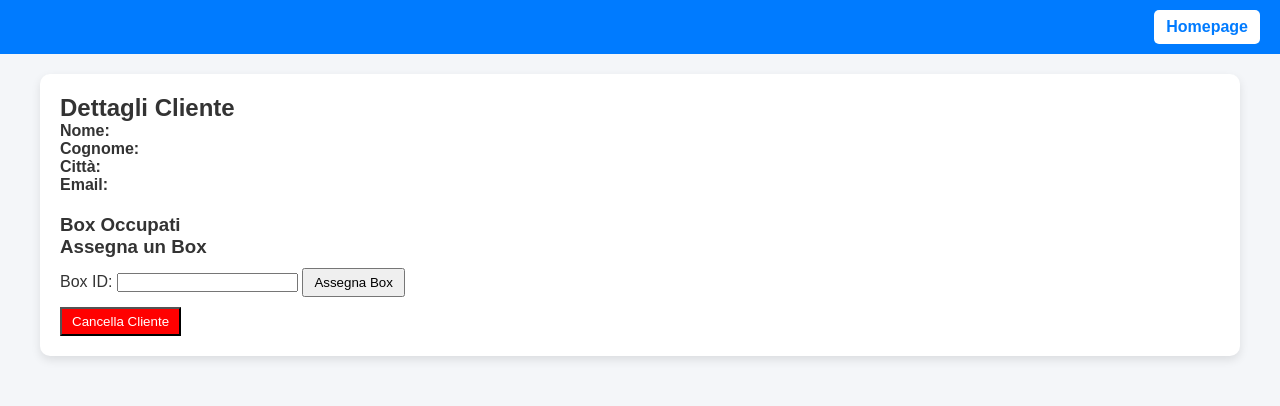
Repository: LorenzoColombo3/BoxMenager
Page: http://localhost/customerdetailpage
An editor plug-in stored every save of this project. The page is shown before and after the next save, followed by the edit.
The browser window is 1280 px wide. The pictures show the whole page.
The page is this project's Thymeleaf template; nobody is signed in. The template is opened directly, without the code that normally fills it, so the values that code supplies are empty.

Above is the page before, as saved 2025-02-11 17:22:13.

### box_manager/src/main/resources/templates/customerdetailpage.html
<!DOCTYPE html>
<html lang="it">
<head>
    <meta charset="UTF-8">
    <meta name="viewport" content="width=device-width, initial-scale=1.0">
    <title>Gestione Clienti</title>
    <link rel="stylesheet" href="../css/customerdetail.css">

</head>
<body>
    <div class="top-bar">
        <span class="company-name" th:text="${aziendaNome}">Nome Azienda</span>
        <a href="/homepage" class="homepage-btn">Homepage</a>
    </div>

    <div class="main-container">
		<h2>Dettagli Cliente</h2>

        <!-- Dettagli cliente -->
        <div class="customer-info">
            <p><strong>Nome:</strong> <span th:text="${cliente.nome}"></span></p>
            <p><strong>Cognome:</strong> <span th:text="${cliente.cognome}"></span></p>
            <p><strong>Città:</strong> <span th:text="${cliente.citta}"></span></p>
            <p><strong>Email:</strong> <span th:text="${cliente.email}"></span></p>
        </div>

        <h3>Box Occupati</h3>
        <!-- Lista dei box occupati -->
        <div class="boxes-list">
            <div class="box-card" th:each="box : ${boxOccupati}">
                <p><strong>Box ID:</strong> <span th:text="${box.id}"></span></p>
                <button th:attr="data-id=${box.id}" onclick="removeBox(this)">Rimuovi Box</button>
            </div>
        </div>

        <h3>Assegna un Box</h3>
        <form action="/customer/{{cliente.id}}/assignBox" method="POST">
            <label for="boxId">Box ID:</label>
            <input type="text" id="boxId" name="boxId" required>
            <button type="submit">Assegna Box</button>
        </form>

        <form th:action="@{/customer/{id}/delete(id=${cliente.id})}" method="POST">
            <button type="submit" class="delete-btn">Cancella Cliente</button>
        </form>
    </div>

    <script src="../js/customerdetail.js"></script>
</body>
</html>

### box_manager/src/main/resources/static/css/customerdetail.css
/* Reset e base */
* {
    margin: 0;
    padding: 0;
    box-sizing: border-box;
}

body {
    font-family: 'Arial', sans-serif;
    background-color: #f4f6f9;
    color: #333;
}

/* Top bar */
.top-bar {
    background-color: #007BFF; /* Colore blu */
    color: white;
    display: flex;
    justify-content: space-between;
    align-items: center;
    padding: 10px 20px;
    position: relative; /* Necessario per posizionare elementi assoluti */
    font-size: 18px;
}


.company-name {
    color: #fff;
    font-size: 1.5rem;
    font-weight: bold;
}


.homepage-btn {
    background-color: white;
    color: #007BFF;
    text-decoration: none;
    padding: 8px 12px;
    border-radius: 5px;
    font-size: 16px;
    font-weight: bold;
    transition: 0.3s;
}

.homepage-btn:hover {
    background-color: #0056b3; /* Colore blu più scuro */
    color: white;
}

/* Main Container */
.main-container {
    max-width: 1200px;
    margin: 20px auto;
    padding: 20px;
    background-color: #ffffff;
    border-radius: 10px;
    box-shadow: 0 4px 10px rgba(0, 0, 0, 0.1);
}


.customer-info {
    margin-bottom: 20px;
}

.box-card {
    background-color: #f4f4f4;
    padding: 10px;
    margin: 10px 0;
    border: 1px solid #ddd;
}

button {
    cursor: pointer;
    padding: 5px 10px;
    margin-top: 10px;
}

.delete-btn {
    background-color: red;
    color: white;
}

Loaded but not shown: box_manager/src/main/resources/static/js/customerdetail.js (no copy from this time; the picture is the same without it)

After the next save:
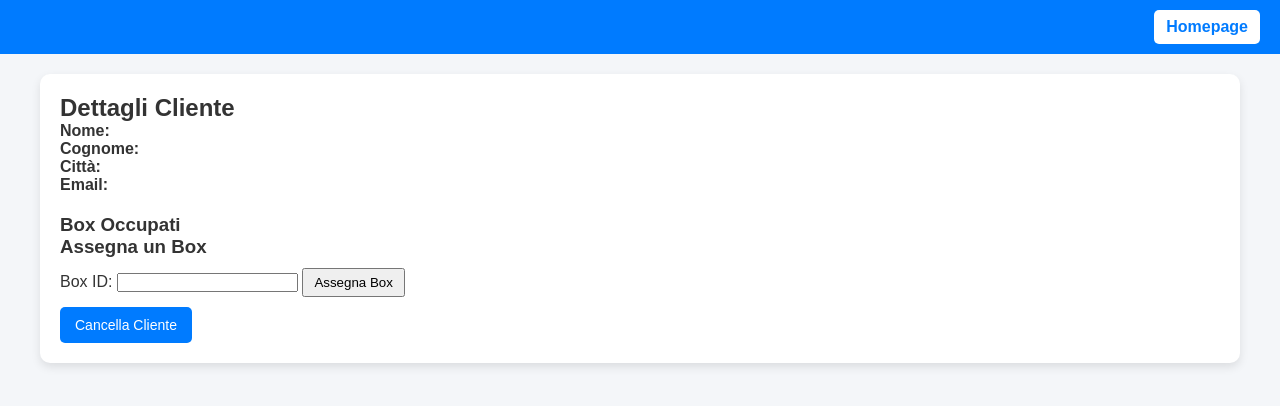
Saved 3 min 18 s later.
--- a/box_manager/src/main/resources/static/css/customerdetail.css
+++ b/box_manager/src/main/resources/static/css/customerdetail.css
@@ -79,3 +79,19 @@ button {
     background-color: red;
     color: white;
 }
+
+.delete-btn{
+    background-color: #007BFF;
+    color: #fff;
+    border: none;
+    padding: 10px 15px;
+    border-radius: 5px;
+    font-size: 14px;
+    cursor: pointer;
+    transition: background-color 0.3s;
+}
+
+
+.delete-btn:hover{
+    background-color: #d9534f; /* Rosso */
+}
